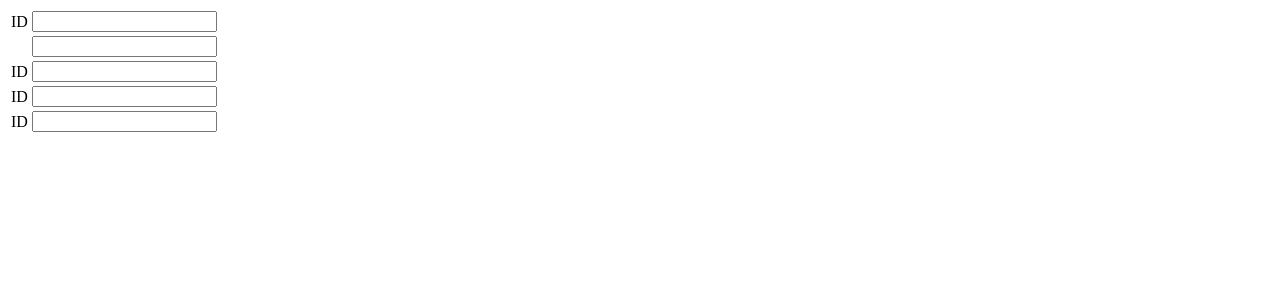
Repository: Aishwarya6362/J2EE
Page: add-result/src/main/webapp/index.html
The author's editor kept a copy of each file at every save. The page is drawn from the files as they stood at one save, then again after a run of saves.
The browser window is 1280 px wide. The pictures show the whole page.

Above is the page before, as saved 2024-10-10 09:45:54.

### add-result/src/main/webapp/index.html
<!DOCTYPE html>
<html>
<head>
<meta charset="UTF-8">
<title>Insert title here</title>
</head>
<body>
	<form>
		<table>
			<tr>
				<td>ID</td>
				<td><input type="text" name="id" /</td>
			</tr>
			<tr>
				<td></td>
				<td><input type="text" name="id" /</td>
			</tr>
			<tr>
				<td>ID</td>
				<td><input type="text" name="id" /</td>
			</tr>
			<tr>
				<td>ID</td>
				<td><input type="text" name="id" /</td>
			</tr>
			<tr>
				<td>ID</td>
				<td><input type="text" name="id" /</td>
			</tr>
		</table>
	</form>
</body>
</html>

After the next 2 saves:
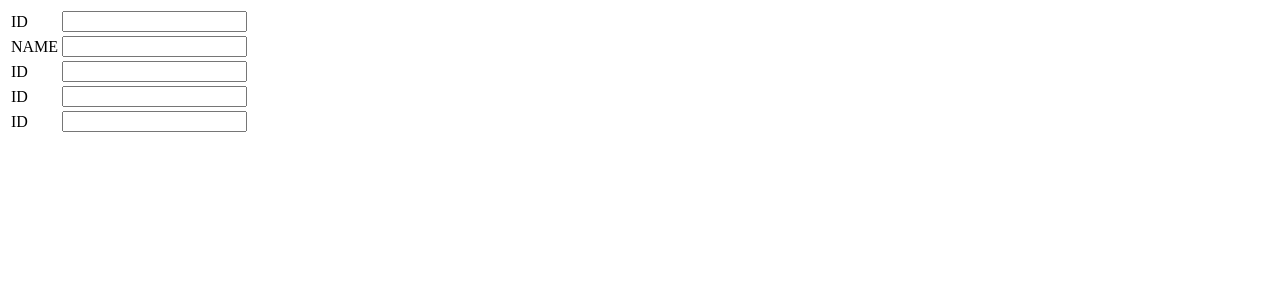
The 2 saves are shown as one change because they came seconds apart.
The last was saved 7 s later.
--- a/add-result/src/main/webapp/index.html
+++ b/add-result/src/main/webapp/index.html
@@ -12,8 +12,8 @@
 				<td><input type="text" name="id" /</td>
 			</tr>
 			<tr>
-				<td></td>
-				<td><input type="text" name="id" /</td>
+				<td>NAME</td>
+				<td><input type="text" name="name" /</td>
 			</tr>
 			<tr>
 				<td>ID</td>
